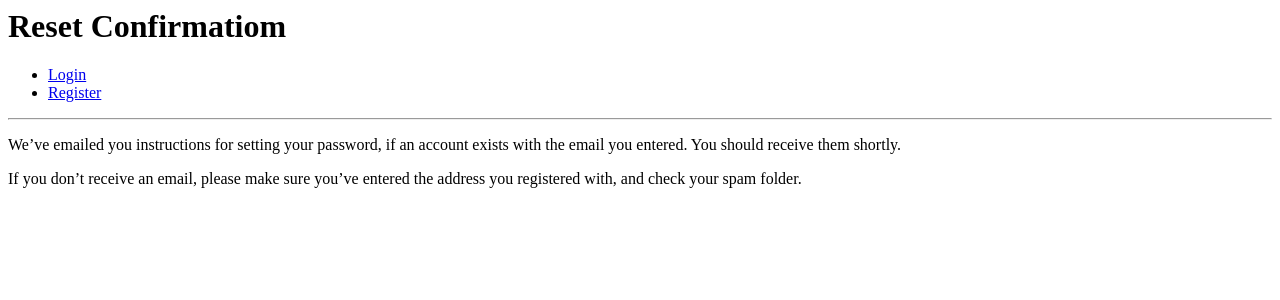
Repository: toderas/Django-authentication
Page: templates/registration/password_reset_done.html
The author's editor kept a record of every edit. The page is drawn from the files as they stood at one moment, then again after the next edit.
The browser window is 1280 px wide. The pictures show the whole page.
The template is drawn by Django 2.2. The application's start-up code is not run. The template is opened directly, without the code that normally fills it, so the values that code supplies are empty.

Above is the page before.

After the next edit:
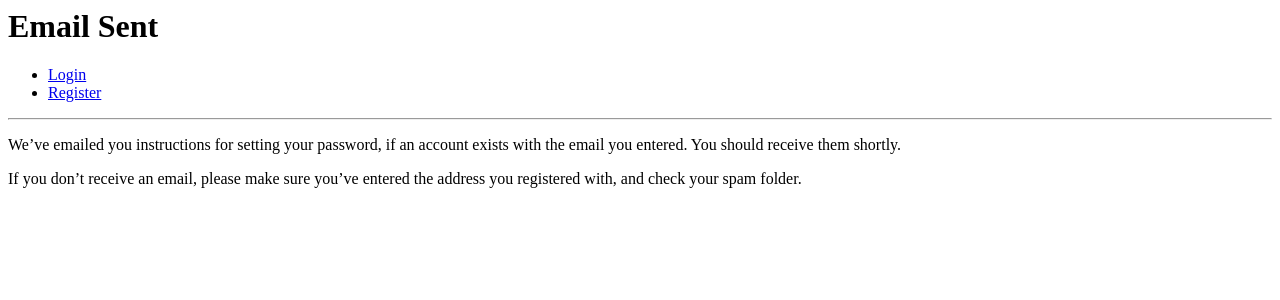
The edit:
--- a/templates/registration/password_reset_done.html
+++ b/templates/registration/password_reset_done.html
@@ -3,7 +3,7 @@
 
 {% block page_title %} Email Sent{% endblock %}
 
-{% block page_heading %}Reset Confirmatiom{% endblock %}
+{% block page_heading %}Email Sent{% endblock %}
 {% block content %}
 
 <p>{% trans 'We’ve emailed you instructions for setting your password, if an account exists with the email you entered. You should receive them shortly.' %}</p>
